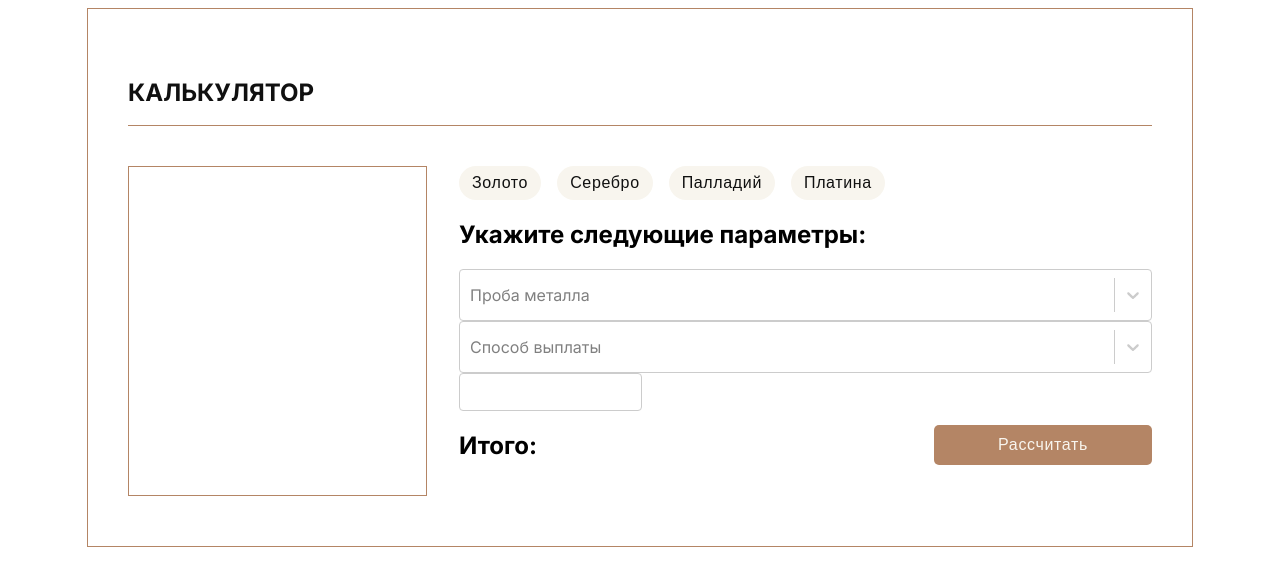
Repository: Kirill2034/Calculator-metal
Page: /
These files come from the project's save history. The page is drawn as it stood at one moment and after the next save; the edit follows.
The browser window is 1280 px wide. The pictures show the whole page.
The project was rebuilt for these pictures with package versions that can differ from the ones it lists, and the page was loaded fresh each time.

Above is the page before, as saved 2021-11-27 18:57:05.

### public/index.html
<!DOCTYPE html>
<html lang="en">
  <head>
    <meta charset="utf-8" />
    <meta name="viewport" content="width=device-width, initial-scale=1" />

    <link rel="preconnect" href="https://fonts.googleapis.com">
    <link rel="preconnect" href="https://fonts.gstatic.com" crossorigin>
    <link href="https://fonts.googleapis.com/css2?family=Inter:wght@300;400;500;700&display=swap" rel="stylesheet">

    <title>Калькулятор</title>
  </head>
  <body>
    <div id="root"></div>
  </body>
</html>

### src/App.js
import React, { useState } from 'react';
import './App.css';
import {BtnRadio} from './components/BtnRadio';
import Select from 'react-select';

const metals = [
  {
    id: 1,
    code: "gold",
    title: "Золото",
    finenessList: [
      {id: 1, value: 375, cash: 90, checkingAccount: 100},
      {id: 1, value: 575, cash: 190, checkingAccount: 250}
    ]
  },
  {
    id: 2,
    code: "argent",
    title: "Серебро",
    finenessList: [
      {id: 1, value: 375, cash: 90, checkingAccount: 100},
      {id: 1, value: 575, cash: 190, checkingAccount: 250}
    ]
  },
  {
    id: 3,
    code: "palladium",
    title: "Палладий",
    finenessList: [
      {id: 1, value: 375, cash: 90, checkingAccount: 100},
      {id: 1, value: 575, cash: 190, checkingAccount: 250}
    ]
  },
  {
    id: 4,
    code: "platinum",
    title: "Платина",
    finenessList: [
      {id: 1, value: 375, cash: 90, checkingAccount: 100},
      {id: 1, value: 575, cash: 190, checkingAccount: 250}
    ]
  },
]

const App = () => {

  const [selectedMetalId, setselectedMetalId] = useState(null);

  const onMetalItemClick = (id) => {
    setselectedMetalId(id);
  };

  return (
    <div className="App">
      <div className="title">
        <h2>Калькулятор</h2>
      </div>
      <div className="calculator">
        <div className="metal-image"></div>
        <div className="content">
          <div className="check-metal">
            {metals.map((metal) => (
            <BtnRadio
              key={metal.id}
              item={metal}
              selected={selectedMetalId === metal.id}
              onClick={onMetalItemClick}
              />
          ))}
          </div>
          <div className="select-prop-metal">
            <h2>Укажите следующие параметры:</h2>
            <Select options={metals.forEach((metal) => metal.title)} placeholder="Проба металла"/>
            <Select options={metals.forEach((metal) => metal.title)} placeholder="Способ выплаты"/>
            <input type="text" />
          </div>
          <div className="calculate">
            <h2>Итого:</h2>
            <button>Рассчитать</button>
          </div>
        </div>
      </div>
    </div>
  );
}

export default App;

### src/App.css
.App {width: 1024px; height: 537px; border: 1px solid #B48565; margin: 0 auto; font-family: 'Inter', sans-serif; padding: 0 40px;}
.App .title {border-bottom: 1px solid #B48565; text-transform: uppercase; font-weight: 900; font-size: 16px; line-height: 24px; color: #101010; margin-top: 72px; margin-bottom: 40px;}

.App .calculator {display: flex;}
.App .calculator .metal-image {width: 30%; height: 328px; border: 1px solid #B48565; margin-right: 32px;}
.App .calculator .content {width: 70%;}
.App .calculator .calculate {display: flex; align-items: center; justify-content: space-between}
.App .calculator .calculate button {border: none; box-shadow: none; outline: none; background: #B48565; border-radius: 5px; font-weight: normal; font-size: 16px; line-height: 24px; letter-spacing: 0.04em; color: #F8F5EE; padding: 8px 64px; cursor: pointer;}
.App .calculator .select-prop-metal input {-webkit-box-align: center; align-items: center; background-color: hsl(0, 0%, 100%); border-color: hsl(0, 0%, 80%); border-radius: 4px; border-style: solid; border-width: 1px; cursor: default; display: flex; flex-wrap: wrap; -webkit-box-pack: justify; justify-content: space-between; min-height: 38px; outline: 0!important; position: relative; transition: all 100ms; box-sizing: border-box;}

### src/components/BtnRadio/index.js
import BtnRadio from './BtnRadio.js';
export {BtnRadio};

### src/components/BtnRadio/BtnRadio.js
import React from 'react';
import './BtnRadio.css';
import cn from "classnames";

const BtnRadio = ({item, selected, onClick}) => {
    return (
        <button
            className={cn("BtnRadio", {selected})}
            onClick={() => onClick(item.id)}
        >{item.title}</button>
    )
}

export default BtnRadio;

### src/components/BtnRadio/BtnRadio.css
.BtnRadio {border: 1px solid transparent; box-shadow: none; outline: none; background: #F8F5EE; border-radius: 100px; padding: 4px 12px; color: #101010; font-weight: normal; font-size: 16px; line-height: 24px; letter-spacing: 0.04em; margin-right: 16px; cursor: pointer;}
.BtnRadio:hover {border: 1px solid #B48565; cursor: pointer;}
.BtnRadio.selected {color: #F8F5EE; background: #B48565;}

Loaded but not shown: src/index.js (common file)

After the next save:
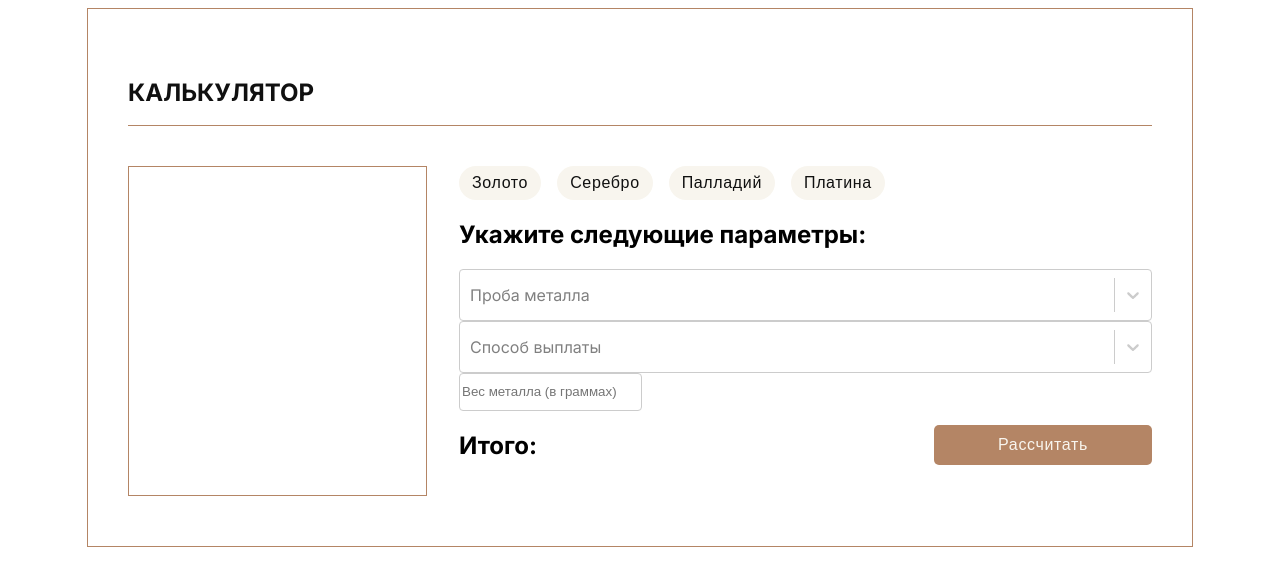
Saved 21 s later.
--- a/src/App.js
+++ b/src/App.js
@@ -72,7 +72,7 @@ const App = () => {
             <h2>Укажите следующие параметры:</h2>
             <Select options={metals.forEach((metal) => metal.title)} placeholder="Проба металла"/>
             <Select options={metals.forEach((metal) => metal.title)} placeholder="Способ выплаты"/>
-            <input type="text" />
+            <input type="text" placeholder="Вес металла (в граммах)"/>
           </div>
           <div className="calculate">
             <h2>Итого:</h2>
